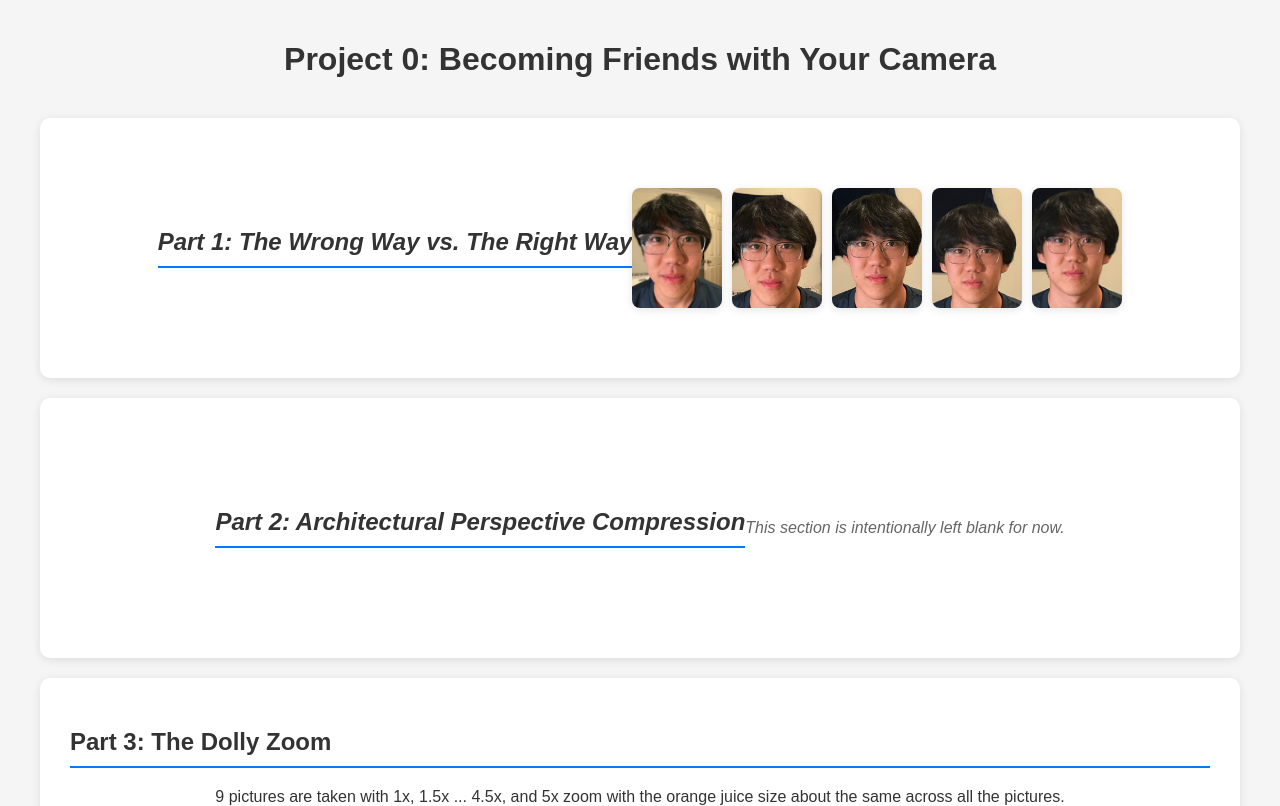
Repository: shuo-yuan/shuo-yuan.github.io
Page: 0/index.html
The author's editor kept a copy of each file at every save. The page is drawn from the files as they stood at one save, then again after the next save.
The browser window is 1280 px wide. The pictures show the part of the page from y = 0 to 806 px (the page is 1200 px tall).
A picture or video elsewhere on the page could not be fetched, so the positions and the page height are approximate.

Above is the page before, as saved 2025-09-02 01:59:59.

After the next save:
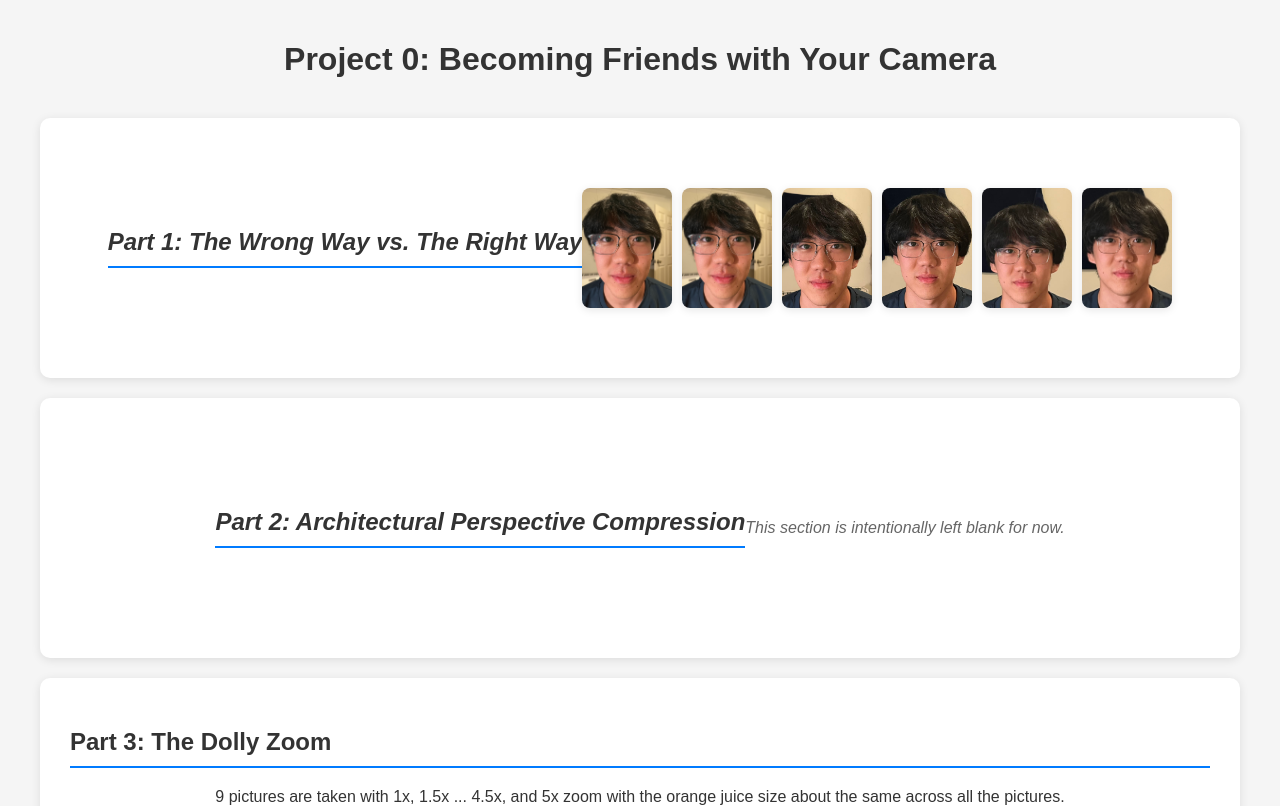
Saved 15 s later.
--- a/0/index.html
+++ b/0/index.html
@@ -81,6 +81,7 @@
         <h2>Part 1: The Wrong Way vs. The Right Way</h2>
         <div class="selfie-row">
             <img src="media/selfie_1.jpg" alt="Selfie 1">
+            <img src="media/selfie_1.jpg" alt="Selfie 1">
             <img src="media/selfie_2.jpg" alt="Selfie 2">
             <img src="media/selfie_3.jpg" alt="Selfie 3">
             <img src="media/selfie_4.jpg" alt="Selfie 4">
